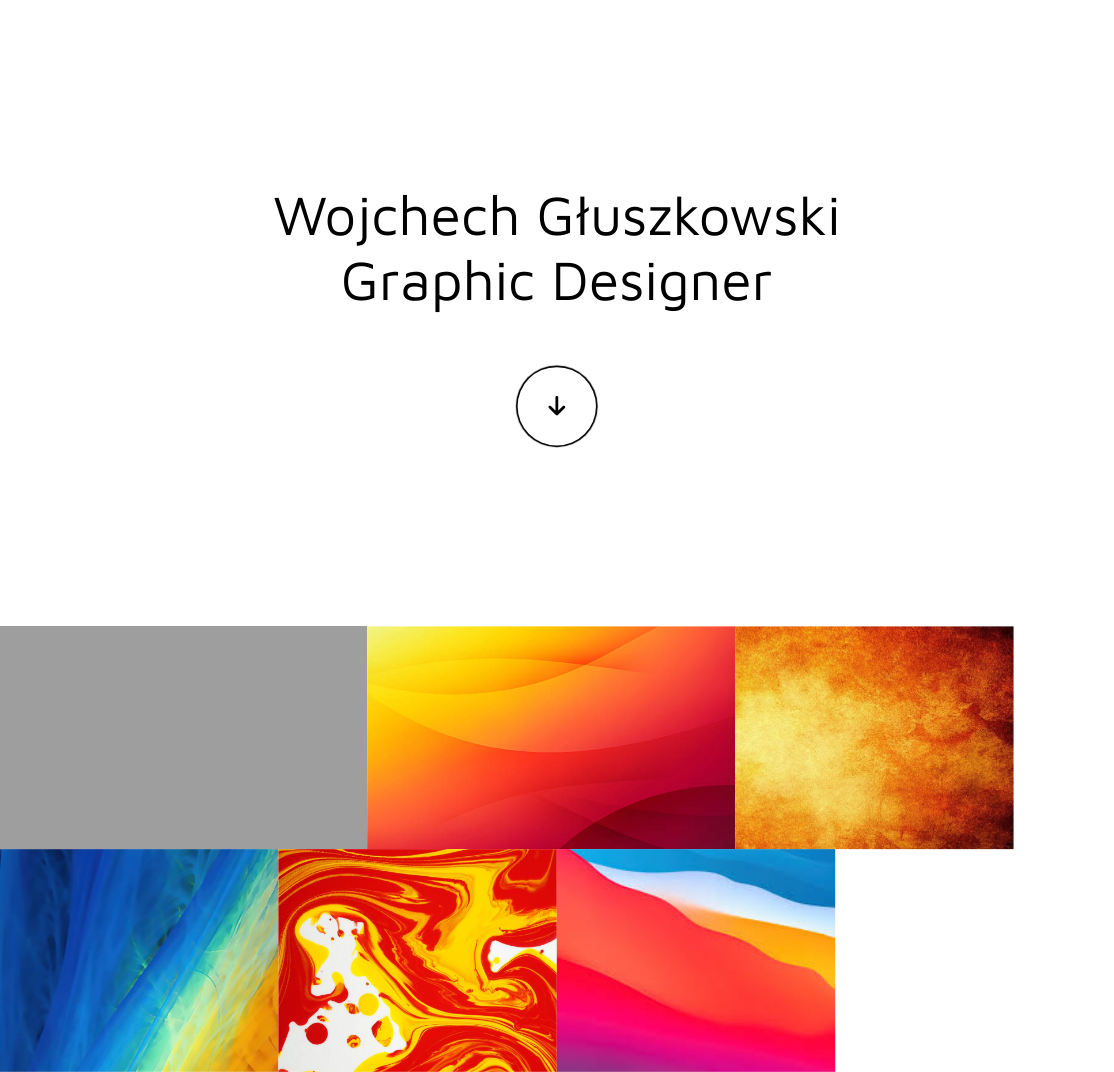
Repository: maciekto/WojciechGluszkowski-Porfolio
Page: /
The author's editor kept a copy of each file at every save. The page is drawn from the files as they stood at one save, then again after the next save.
The browser window is 1280 px wide. The pictures show the whole page, at 87% of full size.
Pictures or frames that could not be fetched are drawn as grey boxes. Some web libraries are served in a nearby version. The project was rebuilt for these pictures with package versions that can differ from the ones it lists, and the page was loaded fresh each time.

Above is the page before, as saved 2022-06-07 14:47:17.

After the next save:
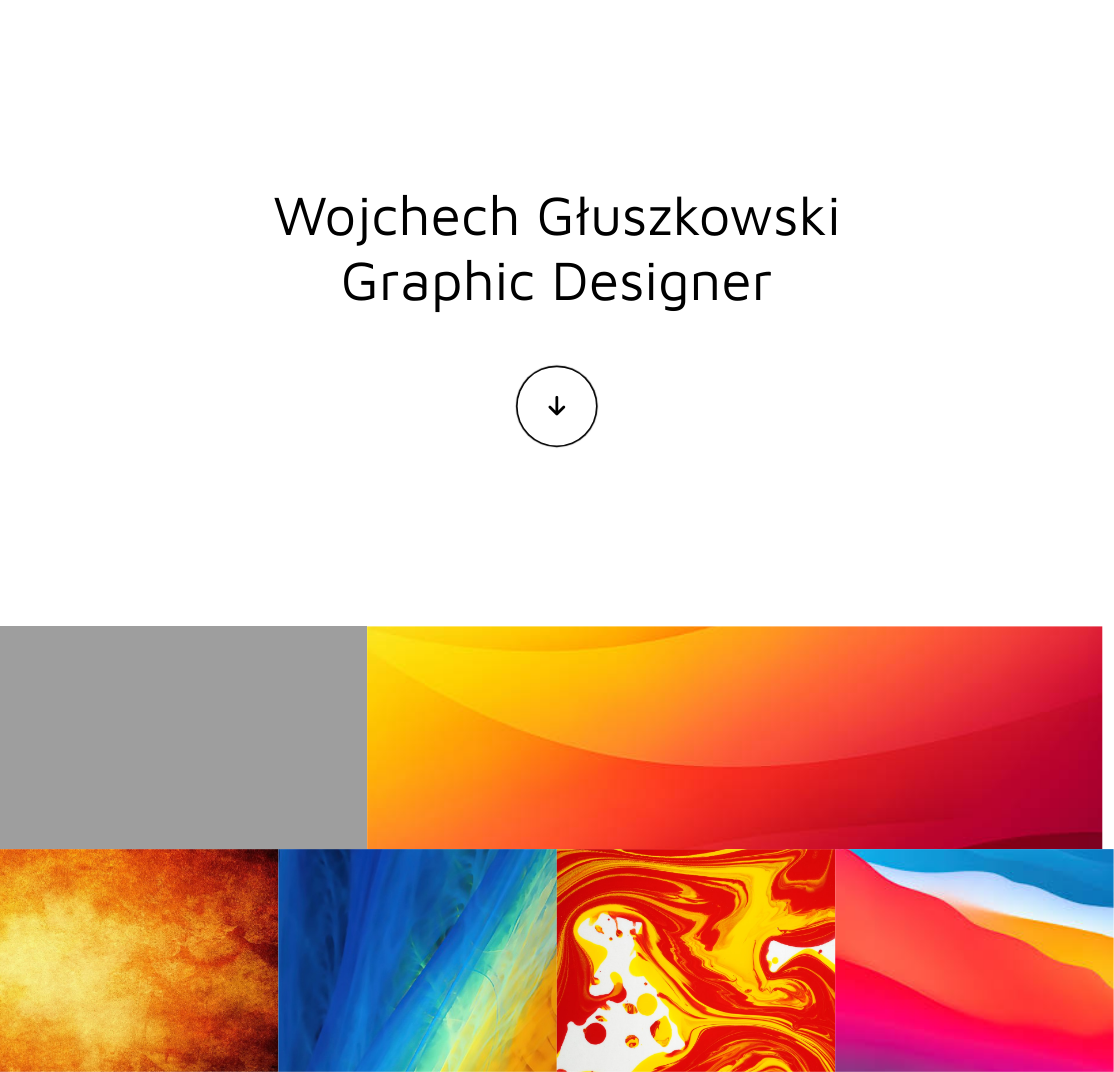
Saved 15 s later.
--- a/src/App.scss
+++ b/src/App.scss
@@ -45,7 +45,6 @@
         display: flex;
         flex-wrap: wrap;
         &-Item {
-            max-width: 33%;
             min-width: 25%;
             min-height: 20vw;
         }
